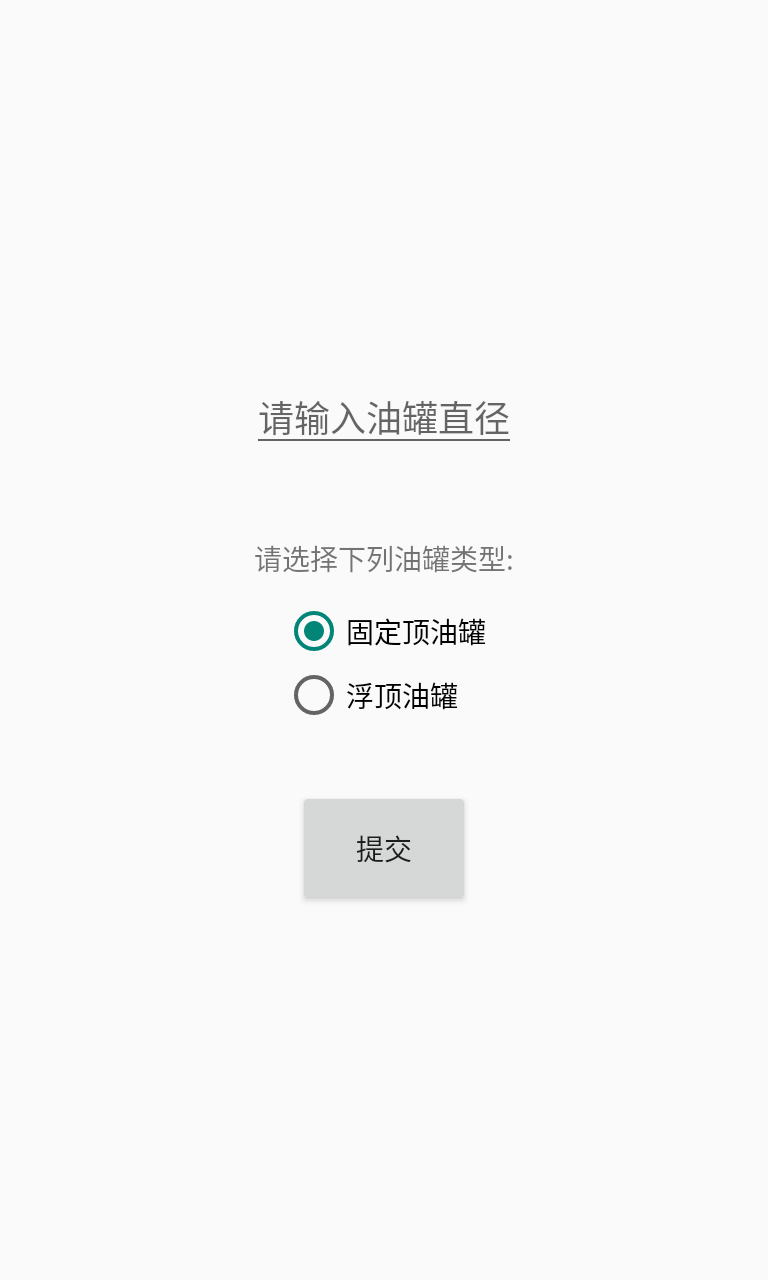
Repository: hohoTT/fireWork_handle_app
Layout: fireWork_handle_app/res/layout/olican_fire_water.xml
An editor plug-in stored every save of this project. The layout is shown before and after the next save, followed by the edit.
It is drawn on a 768 x 1280 px phone screen (xhdpi) without system bars, with theme AppTheme; the app's code is not run.

Above is the layout before, as saved 2016-03-02 12:28:13.

### fireWork_handle_app/res/layout/olican_fire_water.xml
<?xml version="1.0" encoding="utf-8"?>
<LinearLayout xmlns:android="http://schemas.android.com/apk/res/android"
    android:layout_width="match_parent"
    android:layout_height="match_parent"
    android:gravity="center_vertical"
    android:orientation="vertical" >

    <EditText
        android:id="@+id/olican_diameter"
        android:layout_width="wrap_content"
        android:layout_height="wrap_content"
        android:layout_gravity="center_horizontal"
	    android:layout_margin="30dp"
        android:hint="@string/olican_diameter" />

    <TextView
        android:id="@+id/text_olican_type"
        android:layout_width="wrap_content"
        android:layout_height="wrap_content"
        android:layout_gravity="center_horizontal"
	    android:layout_margin="10dp"
        android:text="@string/text_olican_type" />

    <RadioGroup
        android:id="@+id/olican_type"
        android:layout_width="wrap_content"
        android:layout_height="wrap_content"
        android:layout_gravity="center_horizontal" >

        <RadioButton
	        android:id="@+id/olican_type_fixed"
	        android:layout_width="wrap_content"
	        android:layout_height="wrap_content"
	        android:checked="true"
	        android:text="@string/olican_type_fixed" />

        <RadioButton
	        android:id="@+id/olican_type_drift"
	        android:layout_width="wrap_content"
	        android:layout_height="wrap_content"
	        android:text="@string/olican_type_drift" />

    </RadioGroup>

    <Button
        android:id="@+id/btu_normal_fire_send"
        android:layout_width="wrap_content"
        android:layout_gravity="center"
	    android:layout_margin="30dp"
	    android:padding="20dp"
        android:layout_height="wrap_content"

        android:text="@string/btn_send" />


</LinearLayout>

### fireWork_handle_app/res/values/strings.xml
<?xml version="1.0" encoding="utf-8"?>
<resources>

    <string name="app_name">fireWork_handle_app</string>
    <string name="fire_calculate">现场计算</string>
    <string name="fire_agent">火灾剂用量计算</string>
    <string name="fire_plan">火灾预案</string>
    <string name="normal_fire">一般火灾计算</string>
    <string name="normal_fire_result">一般火灾用水量计算结果</string>
    <string name="oilcan_fire">油罐火灾情况下的计算</string>
    <string name="olican_fire_water">冷却用水量计算</string>
    <string name="olican_fire_foam">泡沫用量计算</string>


    <string name="btu_water_power">供水压力计算</string>
    <string name="btu_oilcan_fire">油罐火灾计算</string>
    <string name="fire_area">请输入过火面积</string>
    <string name="olican_diameter">请输入油罐直径</string>
    <string name="text_olican_type">请选择下列油罐类型:</string>
    <string name="olican_type_fixed">固定顶油罐</string>
    <string name="olican_type_drift">浮顶油罐</string>


    <string name="text_water">一般火灾中每秒的用水量为：</string>
    <string name="text_fire_time">10吨消防车可持续灭火的时间为：</string>


    <string name="btn_send">提交</string>

    <string name="hello_world">Hello world!</string>
    <string name="action_settings">Settings</string>





</resources>

Loaded but not shown: fireWork_handle_app/res/values/styles.xml (common file); fireWork_handle_app/res/values-v11/styles.xml (common file); fireWork_handle_app/res/values-v14/styles.xml (common file)

After the next save:
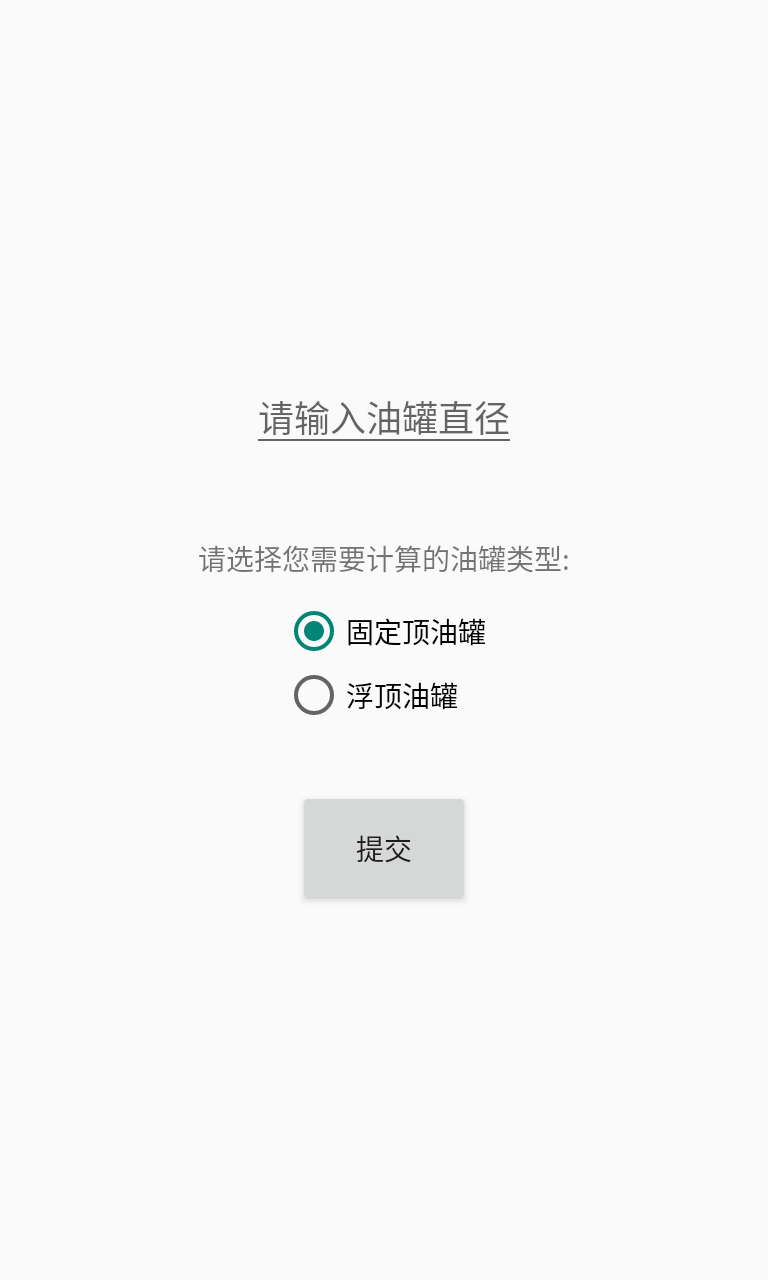
Saved 22 s later.
--- a/fireWork_handle_app/res/values/strings.xml
+++ b/fireWork_handle_app/res/values/strings.xml
@@ -16,7 +16,7 @@
     <string name="btu_oilcan_fire">油罐火灾计算</string>
     <string name="fire_area">请输入过火面积</string>
     <string name="olican_diameter">请输入油罐直径</string>
-    <string name="text_olican_type">请选择下列油罐类型:</string>
+    <string name="text_olican_type">请选择您需要计算的油罐类型:</string>
     <string name="olican_type_fixed">固定顶油罐</string>
     <string name="olican_type_drift">浮顶油罐</string>
 
